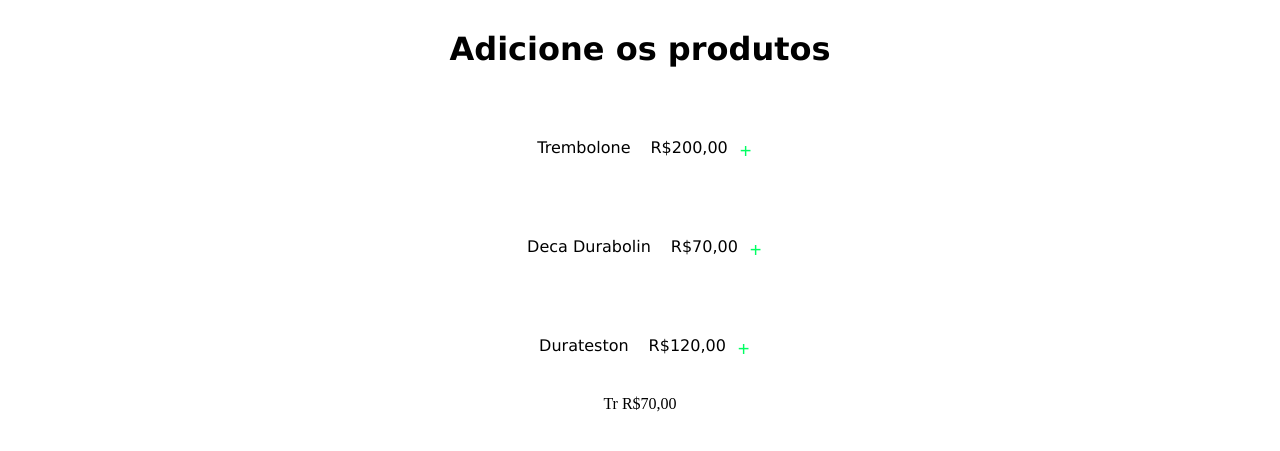
Repository: Leonngc/Lab
Page: confirm.html
The author's editor kept a copy of each file at every save. The page is drawn from the files as they stood at one save, then again after the next save.
The browser window is 1280 px wide. The pictures show the whole page.
After loading, the first visible `button` was clicked once.

Above is the page before, as saved 2023-01-10 21:34:28.

### confirm.html
<!DOCTYPE html>
<html lang="pt-br">
  <head>
    <meta charset="UTF-8" />
    <meta http-equiv="X-UA-Compatible" content="IE=edge" />
    <meta name="viewport" content="width=device-width, initial-scale=1.0" />
    <link
      rel="stylesheet"
      href="https://cdnjs.cloudflare.com/ajax/libs/font-awesome/6.2.1/css/all.min.css"
      integrity="sha512-MV7K8+y+gLIBoVD59lQIYicR65iaqukzvf/nwasF0nqhPay5w/9lJmVM2hMDcnK1OnMGCdVK+iQrJ7lzPJQd1w=="
      crossorigin="anonymous"
      referrerpolicy="no-referrer"
    />
    <link rel="stylesheet" href="styles/confirm.css" />
    <title>Document</title>
  </head>

  <body>
    <h1>Adicione os produtos</h1>
    <div class="prod">
      <p>Trembolone</p>
      <p>R$200,00</p>
      <button onclick="addTrembo()"><i class="fa-thin fa-plus"></i></button>
    </div>

    <div class="prod">
      <p>Deca Durabolin</p>
      <p>R$70,00</p>
      <button onclick="addDeca()"><i class="fa-thin fa-plus"></i></button>
    </div>
    <div class="prod">
      <p>Durateston</p>
      <p>R$120,00</p>
      <button onclick="addTesto()"><i class="fa-thin fa-plus"></i></button>
    </div>

    <div id="carrinho">

    </div>

    <script src="js/confirm.js"></script>
  </body>
</html>

### styles/confirm.css
*{
    margin: 0;
    padding: 0;
    box-sizing: border-box;
}

body{
   text-align: center;
}

h1{
    text-align: center;
    font-family: Verdana, Geneva, Tahoma, sans-serif;
    padding: 30px;
}

.prod{
 display: flex;
   margin: auto;
    padding: 30px;
    justify-content: center;
}

.prod > p{
    font-family: Verdana, Geneva, Tahoma, sans-serif;
    margin: 10px;
}

.prod > button{
    height: 20px;
    width: 15px;
    margin-top: 12px;
    background-color: white;
    font-size: 20px;
    color: rgb(0, 255, 98);
    border: 0;

}

### js/confirm.js
const trembo = {
  valor: 200,
  ampolas: 10,
};

const deca = {
  valor: 70,
  ampolas: 10,
};

const testo = {
  valor: 120,
  ampolas: 10,
};

const chaveAdd = "anabol";
var res = document.getElementById('carrinho');


function addTrembo() {
  localStorage.setItem(chaveAdd, trembo);
  alert("Trembolone adicionado ao carrinho");
  res.innerHTML = `Tr R$70,00`
}

function addTesto() {
  localStorage.setItem(chaveAdd, testo);
  alert("Você adicionou Durateston ao carrinho");
  res.innerHTML += `Durateston R$120,00 <br>`
}

function addDeca() {
  localStorage.setItem(chaveAdd, deca);
  alert("Você adicionou Deca Durabolin ao carrinho");

  res.innerHTML = `Deca R$70,00`
}

After the next save:
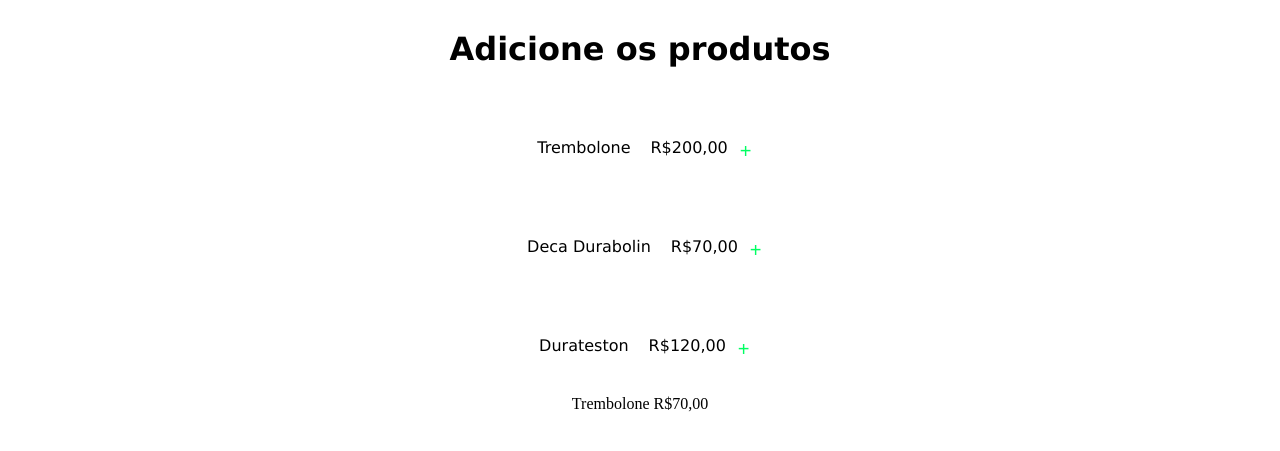
Saved 4 s later.
--- a/js/confirm.js
+++ b/js/confirm.js
@@ -20,7 +20,7 @@
 function addTrembo() {
   localStorage.setItem(chaveAdd, trembo);
   alert("Trembolone adicionado ao carrinho");
-  res.innerHTML = `Tr R$70,00`
+  res.innerHTML = `Trembolone R$70,00`
 }
 
 function addTesto() {
